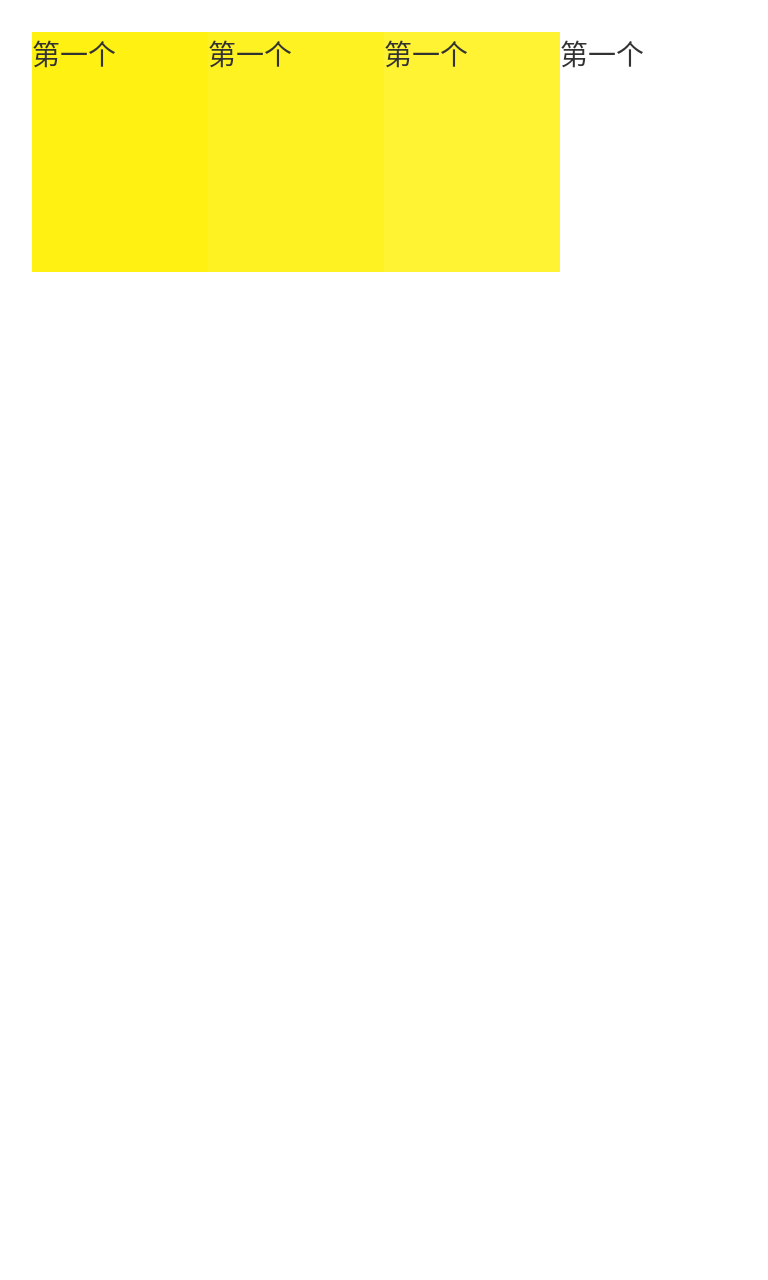
Repository: qwer2714856/Android_learn
Layout: linearylayout/res/layout/activity_main.xml
These files come from the project's save history. The layout is drawn as it stood at one moment and after the next save; the edit follows.
It is drawn on a 768 x 1280 px phone screen (xhdpi) without system bars, with theme AppTheme; the app's code is not run.

Above is the layout before, as saved 2015-09-28 07:46:27.

After the next save:
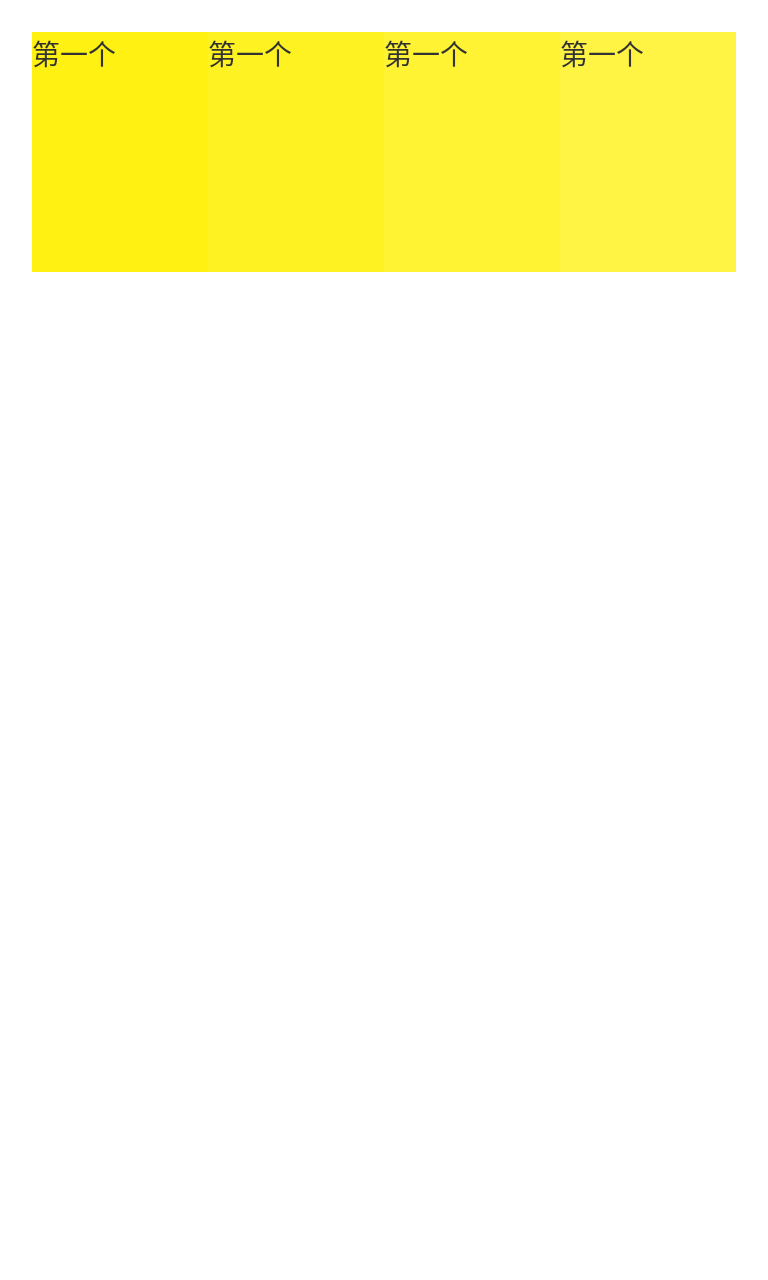
Saved 11 s later.
--- a/linearylayout/res/layout/activity_main.xml
+++ b/linearylayout/res/layout/activity_main.xml
@@ -36,6 +36,7 @@
         android:layout_height="120dp"
         android:text="第一个"
         android:layout_weight="1"
+        android:background="#fff444"
         />
 
 
